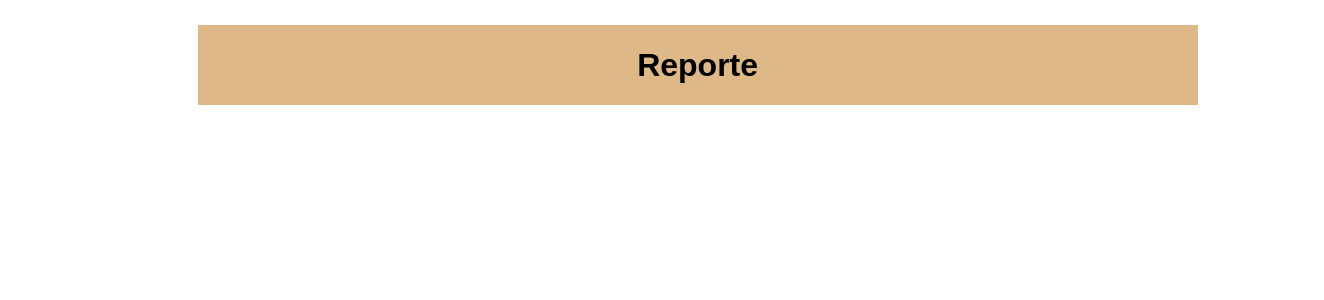
Repository: nathanvdev/LFP_PR_202001568
Page: plantilla.html
The author's editor kept a copy of each file at every save. The page is drawn from the files as they stood at one save, then again after a run of saves.
The browser window is 1280 px wide. The page is 1280 px wide, then 1324 px, so the pictures cover 1324 px, including what lies to the right of the window. The pictures show the whole page.

Above is the page before, as saved 2022-02-19 18:41:06.

### plantilla.html

<!DOCTYPE html>
<html lang="en">
<head>
    <meta charset="UTF-8">
    <meta http-equiv="X-UA-Compatible" content="IE=edge">
    <meta name="viewport" content="width=device-width, initial-scale=1.0">
    <title>Document</title>
</head>
<style>
    body{
        font-family: sans-serif;
    }
    .contenedor{
        background-color: burlywood;
        height: 80px;
        width: 1000px;
        margin: 2%;
        margin-left: 15%;


        display: flex;
        justify-content: center;
    }
</style>
<body>
    <div class="contenedor">
        <h1>Reporte</h1>
    </div>
</body>
</html>

After the next 2 saves:
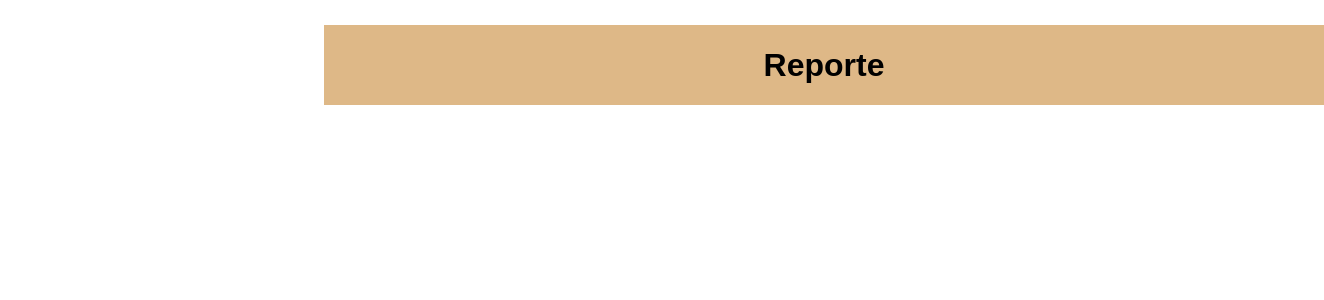
The 2 saves are shown as one change because they came seconds apart.
The last was saved 11 s later.
--- a/plantilla.html
+++ b/plantilla.html
@@ -16,7 +16,7 @@
         height: 80px;
         width: 1000px;
         margin: 2%;
-        margin-left: 15%;
+        margin-left: 25%;
 
 
         display: flex;
